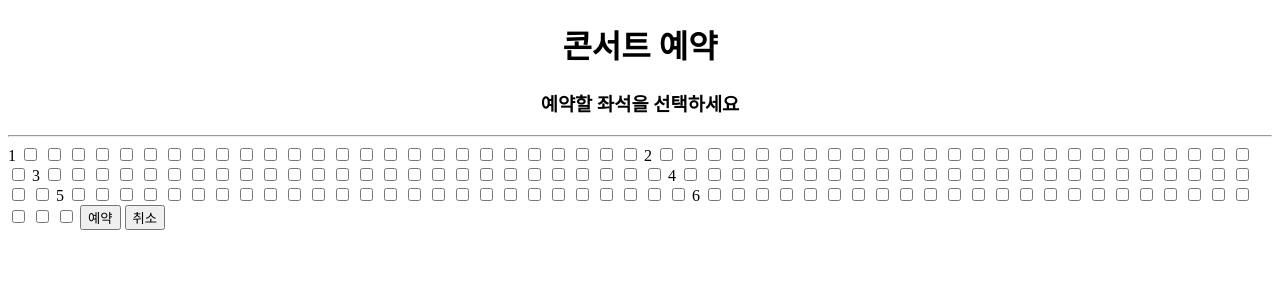
Repository: bbseok97/HTML
Page: http://localhost/jspbasic/application/reserve.jsp
The author's editor kept a copy of each file at every save. The page is drawn from the files as they stood at one save, then again after the next save.
The browser window is 1280 px wide. The pictures show the whole page.
The page is served by Tomcat 9.

Above is the page before, as saved 2024-04-09 02:37:02.

After the next save:
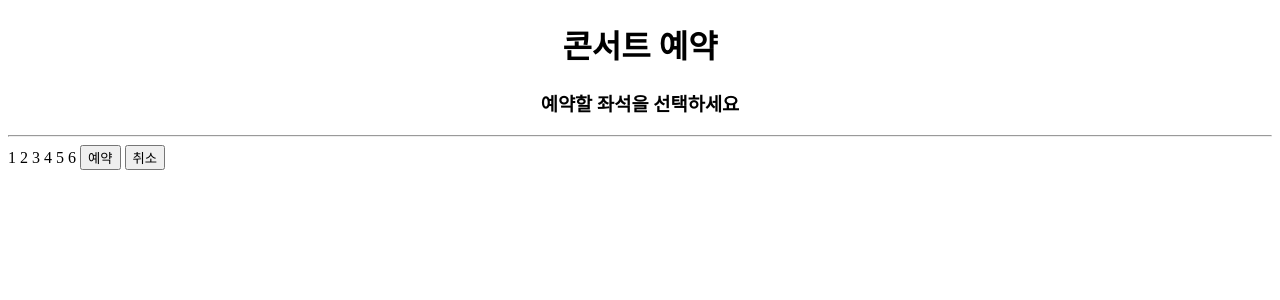
Saved 3 min 56 s later.
--- a/jspbasic/src/main/webapp/application/reserve.jsp
+++ b/jspbasic/src/main/webapp/application/reserve.jsp
@@ -15,7 +15,7 @@
 		<% for(int i=1; i <= 6; i++){ %>
 			<%=i %>
 			<%for(char c='A'; c <= 'Z'; c++){ %>
-			<input type="checkbox" name="seat" value=<%=c %>>
+
 			<%} %>
 		<%} %>
 		<input style="text-align" type="submit" value="예약">

After the save that followed:
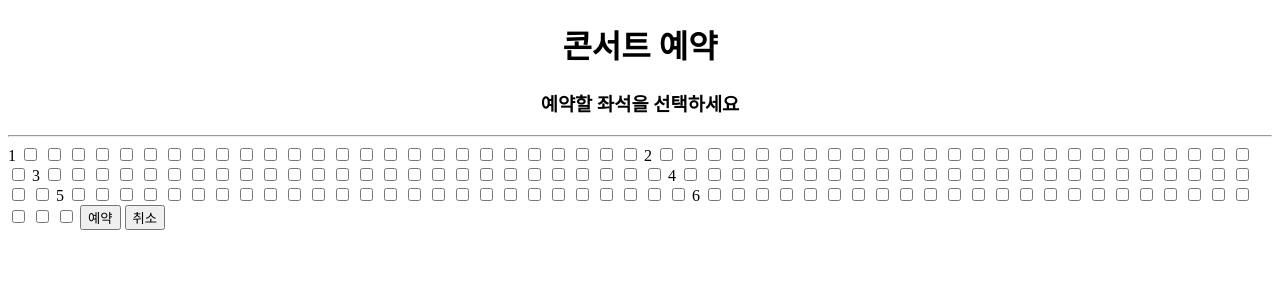
Saved 2 min 33 s later.
--- a/jspbasic/src/main/webapp/application/reserve.jsp
+++ b/jspbasic/src/main/webapp/application/reserve.jsp
@@ -15,7 +15,7 @@
 		<% for(int i=1; i <= 6; i++){ %>
 			<%=i %>
 			<%for(char c='A'; c <= 'Z'; c++){ %>
-
+			<input type="checkbox" name="seat" value=<%=i %> >
 			<%} %>
 		<%} %>
 		<input style="text-align" type="submit" value="예약">
